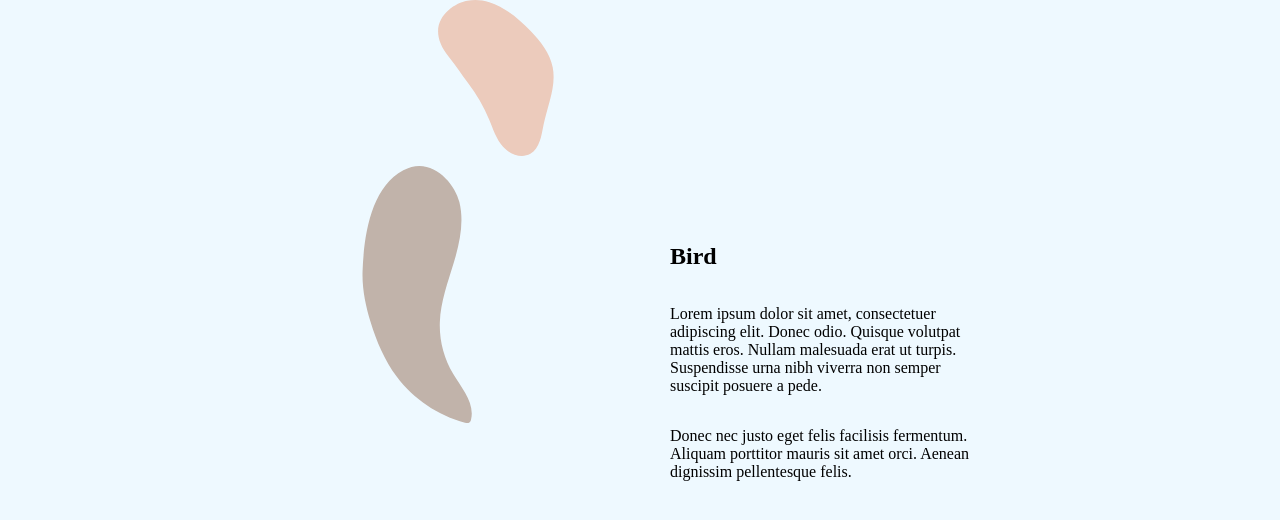
Repository: sebastiann88/svg-animals
Page: index.html
The author's editor kept a copy of each file at every save. The page is drawn from the files as they stood at one save, then again after the next save.
The browser window is 1280 px wide. The pictures show the window.
A layer covers the whole window, so only the first screen is drawn.

Above is the page before, as saved 2024-09-05 04:08:40.

After the next save:
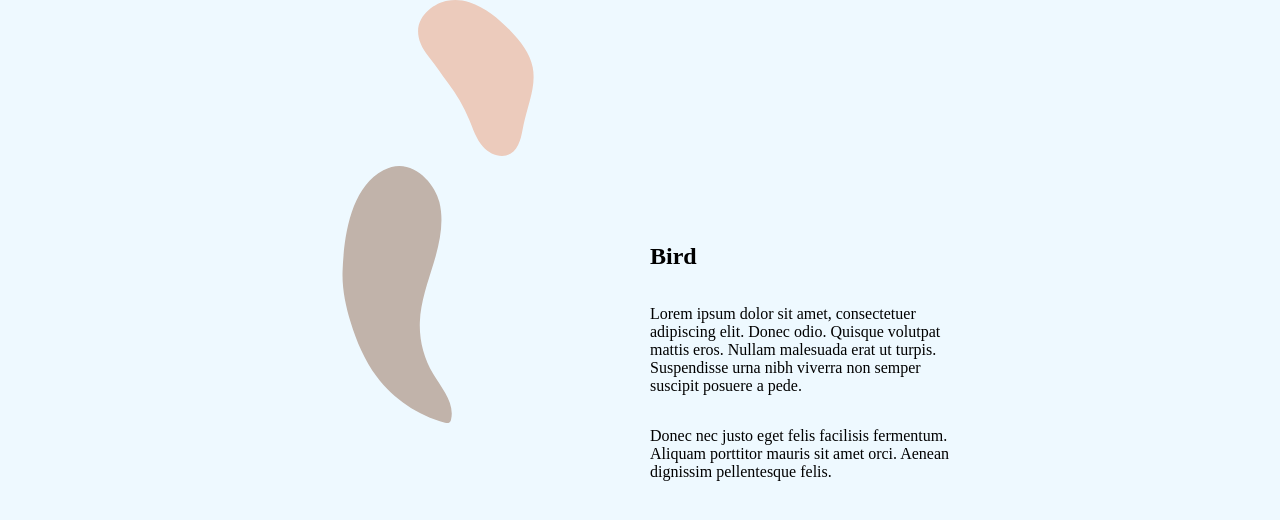
Saved 7 s later.
--- a/css/style.css
+++ b/css/style.css
@@ -5,7 +5,7 @@ body {
 }
 
 main {
-	transform: translateX(30px);
+	transform: translateX(10px);
 }
 
 .line-container {
